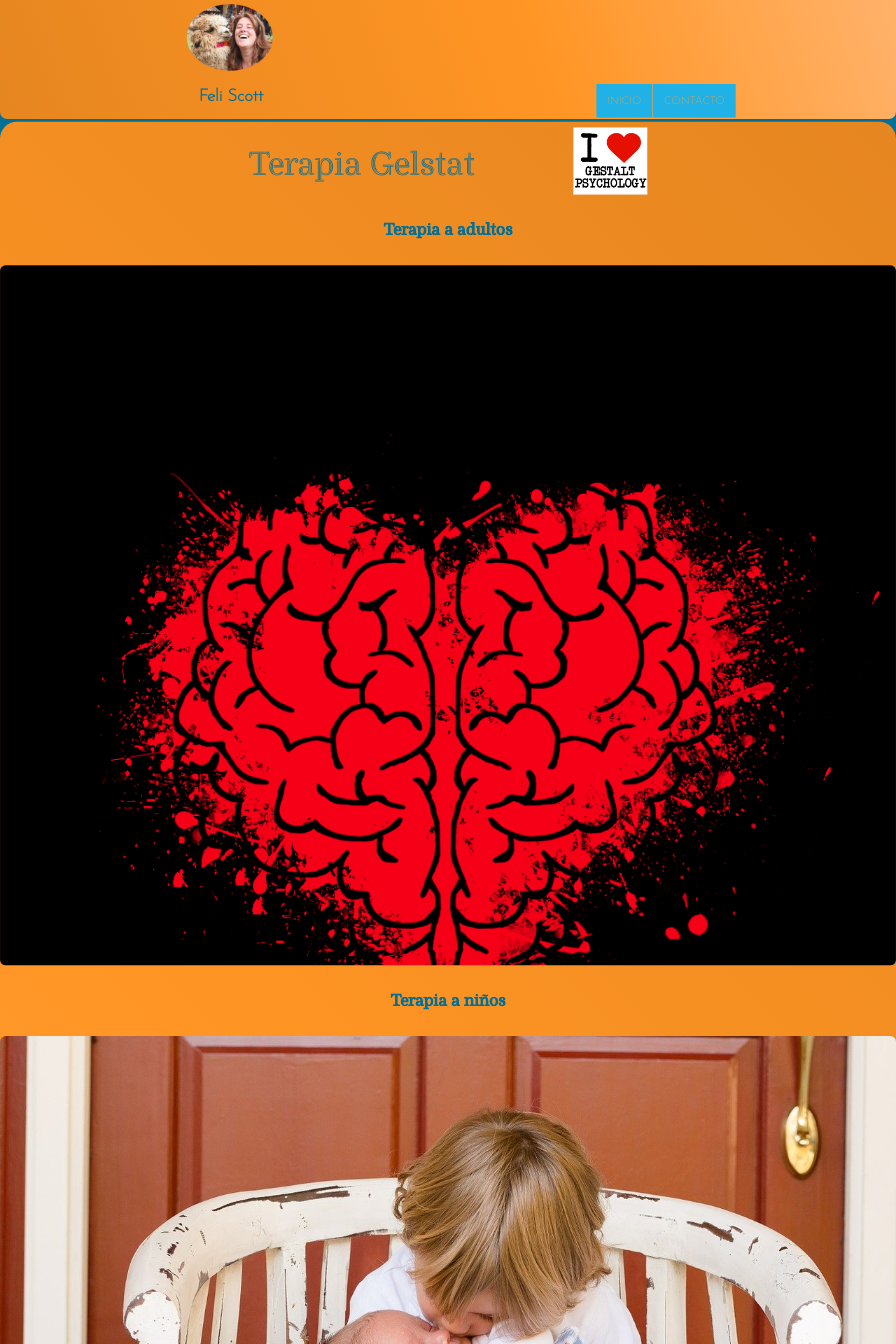
Repository: Jogalso/webPsicologa
Page: /
These files come from the project's save history. The page is drawn as it stood at one moment and after the next save; the edit follows.
The browser window is 1280 px wide. The pictures show the part of the page from y = 0 to 1920 px (the page is 5404 px tall before and 5385 px after), at 70% of full size.
Backgrounds fixed to the window are drawn as part of the page. The project was rebuilt for these pictures with package versions that can differ from the ones it lists, and the page was loaded fresh each time. Some packages were replaced by stand-ins written for this rebuild. The framework's server and built-in components were replaced by stand-ins that run in the browser.

Above is the page before, as saved 2021-07-14 13:53:57.

### pages/index.js
import React from 'react'
import Layout from '../components/Layout'

import Header from '../components/Header'
import Terapias from '../components/Terapias'
import FormularioContacto from '../components/FormularioContacto'
import Footer from '../components/Footer'

export default function index() {
    return (
        <div>
            <Layout>
                <Header />
                <Terapias />
                <FormularioContacto />
                <Footer />
            </Layout>
        </div>
    )
}

### components/Layout.jsx
('use strict')
import Link from 'next/link';
import Head from 'next/head';
import React from 'react'

function Layout(props) {
    const {children, title} = props;
    return <div>
    <Head >
    <title>Terapia Gestalt: {title}</title>
        <meta name="viewport" content="width=device-width, initial-scale=1"></meta>
    </Head>
    {children}

    <style jsx global>
    {`
        html{
            background: #007099;
        }
    `
    //colores en naranja #FF9524, #FFA13D, #FA9223, #007FAD, #23C1FA
    }
    </style>
    <style jsx global>
        { `
           @import url('https://fonts.googleapis.com/css2?family=Josefin+Sans:wght@200&display=swap');
           body{
               max-width; 100%;
               width: 100%;
               margin: 0px;
               font-family:  'Josefin Sans', sans-serif;
           }
           @font-face {
               font-family: 'RymanEco';
               src: url('/fonts/RymanEco/RymanEco-Regular.otf');
           }
        `}
    </style>
</div>
}

export default Layout

### components/Header.jsx

import Link from 'next/link';
export default function Header() {

    return (
        <div>
            <div className="Header">
                <div className="InfoTerapetua">
                    <img className="InfoTerapetua__img" src="../imagenes/principal.png" />
                    <h2>Feli Scott</h2>
                </div>
                <div className="botones">
                    <Link href="/">
                        <a>
                            Inicio
                        </a>
                    </Link>
                    <Link href="/contacto">
                        <a>
                            Contacto
                        </a>
                    </Link>
                </div>
            </div>

            <style>
                {`
                    .Header{
                        background: linear-gradient(70deg,#E68620 0, #FF9524 60%, #FFB26B);
                        border-bottom-right-radius: 0.8vw;
                        border-bottom-left-radius: 0.8vw;
                        margin-bottom: 0.3vw;
                        display: flex;
                        justify-content: space-around;
                    }
                    .InfoTerapetua{
                        color: #007099;
                        padding-top: 0.5vw;
                        margin-left: 3vw;
                        text-align: center;
                    }
                    .InfoTerapetua__img{
                        height: 6em;
                        width: auto;
                    }
                    .botones{
                        margin-top: 0.5em;
                        display: flex;
                        align-items: end;
                    }
                    .botones a{
                        color: #FFA13D;
                        font-size: 1.2vw;
                        border-color: #007099;
                        background-color: #20B1E6;
                        text-transform: uppercase;
                        padding: 0.8em 1em;
                        margin-left: 0.1em;
                        margin-bottom: 0.15em;
                        text-decoration: none;
                        line-height: 1.5em;
                    }
                `}
            </style>
        </div>
    )
}

### components/Terapias.jsx
import React from 'react'

export default function Terapias() {
    return (
        <div>
            <div className="Terapias">
                <div className="Terapia__titulo">
                    <span className="titulo">Terapia Gelstat</span>
                    <p></p>
                    <img className="Terapias__img" src="../imagenes/ILoveGestalt.png"/>
                </div>
                <div className="Terapia_modalidades">
                    <h2>Terapia a adultos</h2>
                    <div className="TerapiaPersonal"></div>

                    <h2>Terapia a niños</h2>
                    <div className="TerapiaNiños"></div>

                    <h2>Terapia a adolescentes</h2>
                    <div className="TerapiaAdolescentes"></div>

                    <h2>Terapia familiar</h2>
                    <div className="TerapiaFamiliar"></div>
                </div>
            </div>

            <style>
                {`
                    .Terapias{
                        background: linear-gradient(45deg, #FFB26B 0, #FF9524 60%, #E68620);
                        border-top-right-radius: 1.5em;
                        border-top-left-radius: 1.5em;
                        text-align: center;
                        font-family: 'RymanEco';
                        color: #007099;
                    }
                    .titulo{
                        padding-top: 0.5em;
                        margin-top: 0px;
                        font-size: 3em;
                    }
                    .Terapia_modalidades h2{
                        margin-top: 1.5em;
                        margin-bottom: 1.5em;
                    }
                    .Terapias__img{
                        height: 6em;
                        width: auto;
                    }
                    .Terapia_modalidades{
                        width: 100%;
                    }
                    .Terapia__titulo{
                        margin-left: auto;
                        margin-right: auto;
                        padding-top: 0.5em;
                        max-width: 50%;
                        display: flex;
                        justify-content: space-around;
                    }
                    .TerapiaPersonal{
                        min-height: 1000px;
                        background-image: url("../imagenes/heart_1920.png");
                        background-repeat: no-repeat;
                        background-size: cover;
                        background-attachment: fixed;
                        background-position: right center;
                        margin-bottom 2em;
                        border-radius: 0.5em;
                    }
                    .TerapiaNiños{
                        min-height: 1000px;
                        background-image: url("../imagenes/niños_1280.jpg");
                        background-repeat: no-repeat;
                        background-size: cover;
                        background-attachment: fixed;
                        background-position: right center;
                        border-radius: 0.5em;
                    }
                    .TerapiaAdolescentes{
                        min-height: 1000px;
                        background-image: url("../imagenes/jovenes_1280.jpg");
                        background-repeat: no-repeat;
                        background-size: cover;
                        background-attachment: fixed;
                        background-position: right center;
                        border-radius: 0.5em;
                    }
                    .TerapiaFamiliar{
                        min-height: 1000px;
                        background-image: url("../imagenes/familias_1280.jpg");
                        background-repeat: no-repeat;
                        background-size: cover;
                        background-attachment: fixed;
                        background-position: right center;
                        border-radius: 0.5em;
                    }

                `}
            </style>
        </div>
    )
}

### components/Footer.jsx
import Link from 'next/link'

export default function Footer() {
    return (
        <div>
            <div className="Footer">
                <Link href="/terms">
                    <a target="_blank">
                        Terminos
                    </a>
                </Link>
                <Link href="/privacy">
                    <a target="_blank">
                        Politica privacidad
                    </a>
                </Link>
                <Link href="/about">
                    <a target="_blank">
                        About
                    </a>
                </Link>
            </div>

            <style>
                {`
                    .Footer{
                        background: linear-gradient(70deg, #FFB26B 0, #FF9524 60%, #E68620);
                        display: flex;
                        justify-content: space-around;
                        border-top-right-radius: 1.5em;
                        border-top-left-radius: 1.5em;
                        padding-top: 0.5em;
                        margin-top: 0.3em;
                    }
                    .Footer a{
                        border-radius: 2px;
                        color: white;
                        background-color: #20B1E6;
                        display: inline-block;
                        text-transform: uppercase;
                        padding: 0.8em 1em;
                        text-decoration: none;
                        line-height: 1.5em;
                        margin-bottom: 0.15em;
                    }
                `}
            </style>
        </div>
    )
}

Loaded but not shown: hooks/useField.js (12 lines, source omitted); components/FormularioContacto.jsx (324 lines, source omitted)

After the next save:
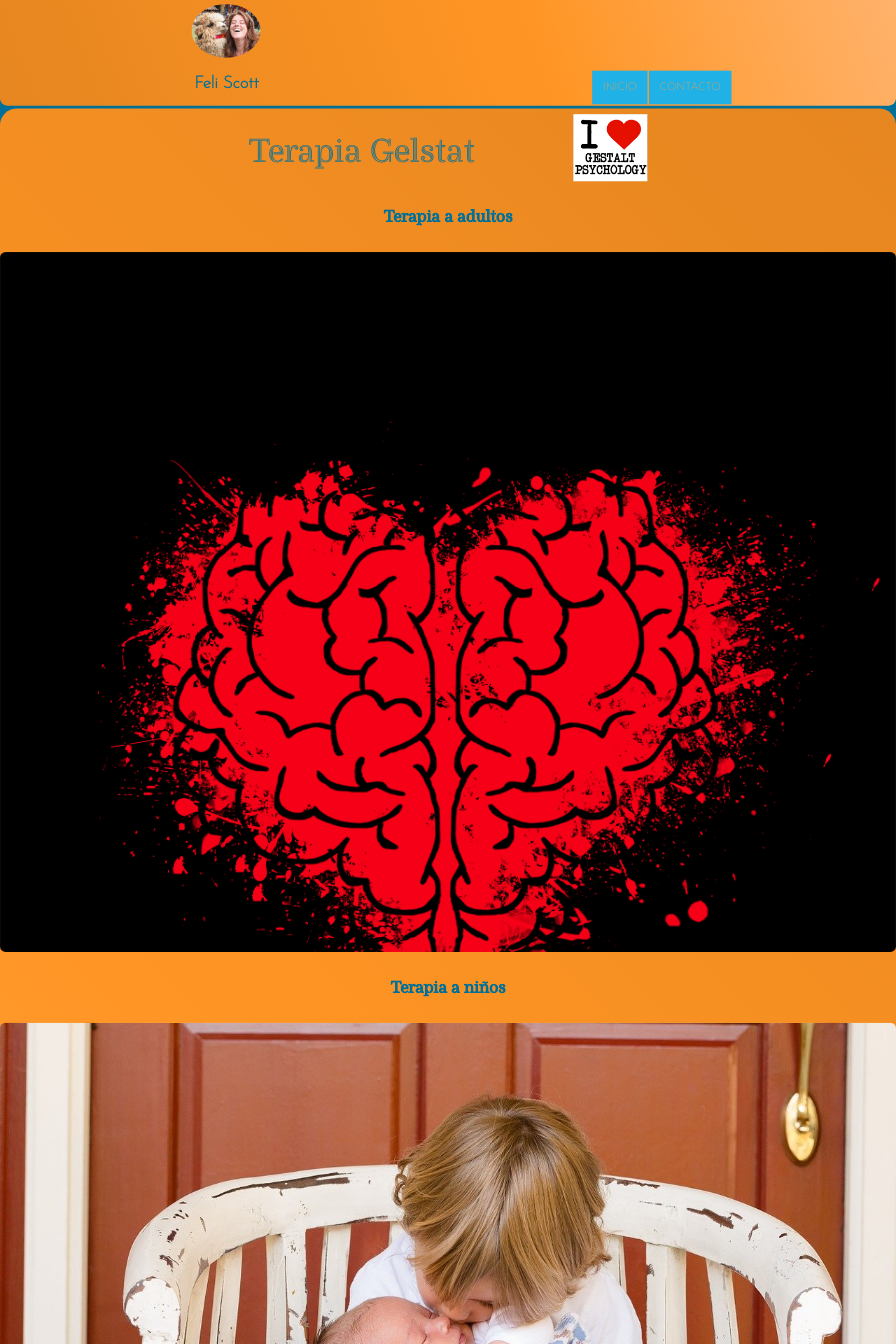
Saved 24 s later.
--- a/components/Header.jsx
+++ b/components/Header.jsx
@@ -40,7 +40,7 @@ export default function Header() {
                         text-align: center;
                     }
                     .InfoTerapetua__img{
-                        height: 6em;
+                        height: 6vw;
                         width: auto;
                     }
                     .botones{
